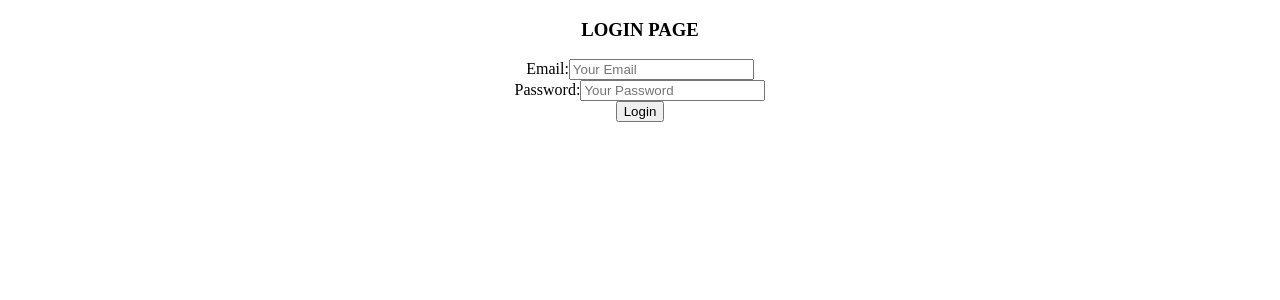
Repository: msibgathulla9980/Servlet
Page: LoginRegistrationApp/WebContent/login.html
These files come from the project's save history. The page is drawn as it stood at one moment and after the next save; the edit follows.
The browser window is 1280 px wide. The pictures show the whole page.

Above is the page before, as saved 2019-01-23 05:35:26.

After the next save:
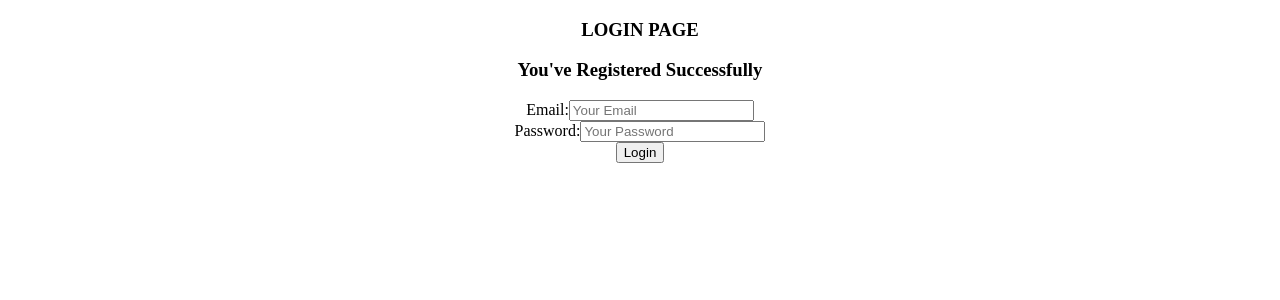
Saved 20 s later.
--- a/LoginRegistrationApp/WebContent/login.html
+++ b/LoginRegistrationApp/WebContent/login.html
@@ -7,7 +7,7 @@
 </head>
 <body>
 <center>
-
+<h3>You've Registered Successfully</h3>
 <form action="login" method="post">
 Email:<input type="email" name="email" placeholder="Your Email" required/><br>
 Password:<input type="password" name="password" placeholder="Your Password" required/><br>
